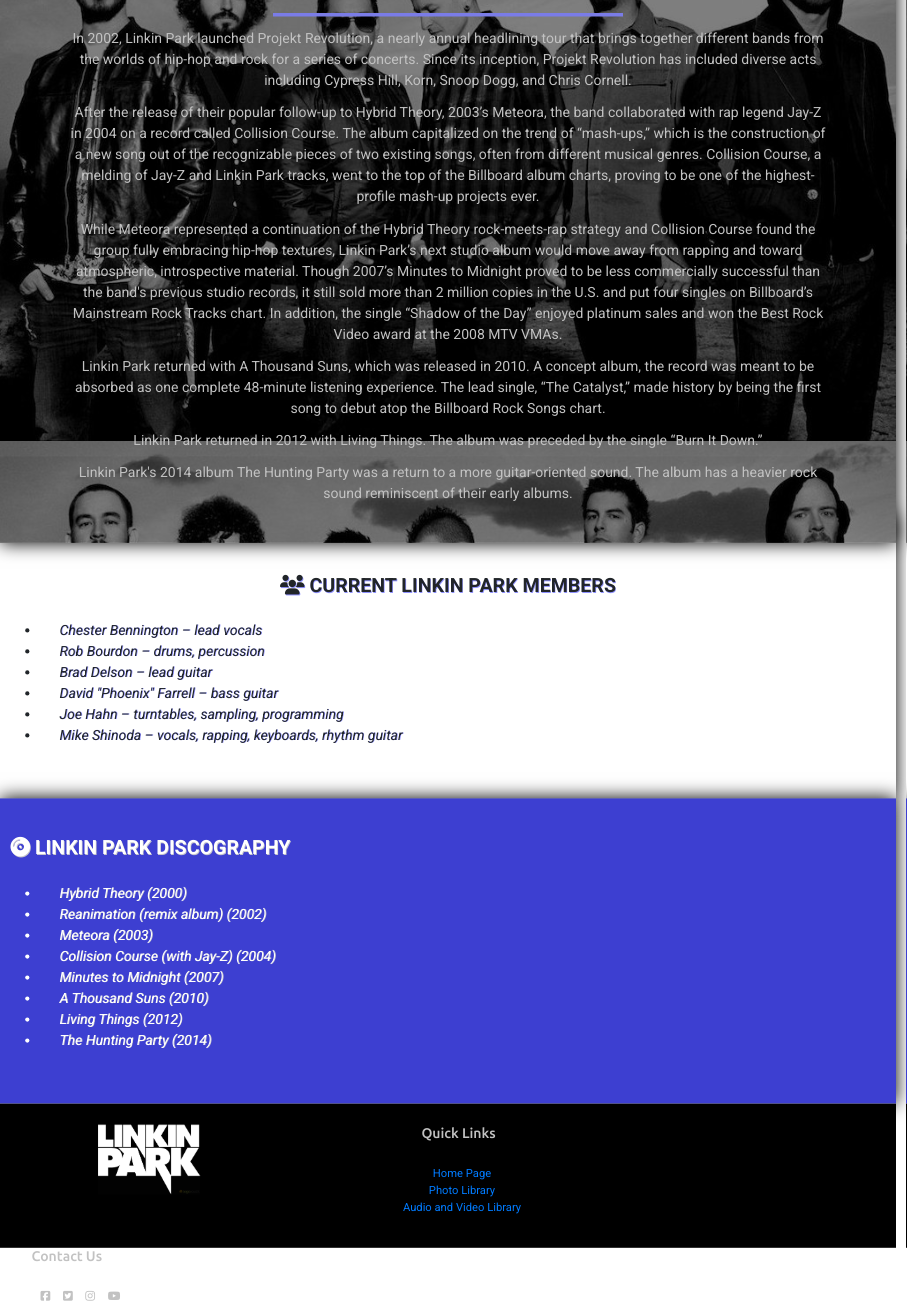
Repository: vaida898/website
Page: index.html
The author's editor kept a record of every edit. The page is drawn from the files as they stood at one moment, then again after the next edit.
The browser window is 1280 px wide. The page is 1295 px wide, so the pictures cover 1295 px, including what lies to the right of the window. The pictures show the part of the page from y = 1002 to 2882 px (the page is 2882 px tall), at 70% of full size.
Backgrounds fixed to the window are drawn as part of the page. Some web libraries are served in a nearby version.

Above is the page before.
Console error: TypeError: Cannot read properties of undefined (reading 'fn')

### index.html
<!DOCTYPE html>
<html lang="en">

<head>
    <meta charset="UTF-8">
    <meta name="viewport" content="width=device-width, initial-scale=1.0">
    <meta http-equiv="X-UA-Compatible" content="ie=edge">
    <title>LinkinPark website</title>

    <link rel="stylesheet" href="https://stackpath.bootstrapcdn.com/bootstrap/4.3.1/css/bootstrap.min.css" integrity="sha384-ggOyR0iXCbMQv3Xipma34MD+dH/1fQ784/j6cY/iJTQUOhcWr7x9JvoRxT2MZw1T" crossorigin="anonymous">
    <script src="https://kit.fontawesome.com/642fee131a.js" crossorigin="anonymous"></script>
    <script src="https://stackpath.bootstrapcdn.com/bootstrap/4.3.1/js/bootstrap.min.js" integrity="sha384-JjSmVgyd0p3pXB1rRibZUAYoIIy6OrQ6VrjIEaFf/nJGzIxFDsf4x0xIM+B07jRM" crossorigin="anonymous"></script>
    <link rel="stylesheet" href="https://cdnjs.cloudflare.com/ajax/libs/hover.css/2.3.1/css/hover-min.css" type="text/css" />
    <!-- Google font "Ubuntu" -->

    <link href="https://fonts.googleapis.com/css?family=Ubuntu:300,400,500,600,700&display=swap" rel="stylesheet">
    <link href="https://fonts.googleapis.com/css?family=Roboto:400,400i,500,500i,700,700i,900,900i&display=swap" rel="stylesheet">
    <link rel="stylesheet" href="css/style.css" type="text/css" />

</head>

<body>

    <!-- Navigation bar -->

    <header>
        <div class="container-fluid navalert-container">
            <nav class="navbar navbar-light navbar-expand-sm" style="background-color: #3D3FD1">
                <a target="_blank" href="index.html">
                    <i class="brand">LinkinPark</i>
                </a>
                <button class="navbar-toggler ml-auto" type="button" data-toggle="collapse" data-target="#navbarNavDropdown" aria-controls="navbarNavDropdown" aria-expanded="false" aria-label="Toggle navigation">
        <span class="navbar-toggler-icon"></span></button>

                <div id="navbarNavDropdown" class="collapse navbar-collapse">
                    <ul class="navbar-nav mr-auto">
                        <li class="nav-item mr-2 hvr-glow"><a class="nav-link" href="/">Home</a></li>
                        <li class="nav-item mr-2 hvr-glow"><a class="nav-link" href="/Photo library">Photo library</a></li>
                        <li class="nav-item mr-2 hvr-glow"><a class="nav-link" href="/Audio and Video library">Audio and Video library</a></li>
                        <li class="nav-item mr-2 hvr-glow"><a class="nav-link" href="/Contact Us">Contact Us</a></li>
                    </ul>
                </div>
            </nav>
        </div>
    </header>

    <!-- Band's history section -->

    <div class="container-fluid history-container">
        <div class="opaque-overlay">&nbsp;</div>
        <section class="about us">
            <div class="row no-gutters">
                <div class="col-sm-12 col-lg-12 page-header">
                    <h1 class="text-uppercase jumbotron-header page-header offset-1 offset-sm-0">Glorious way up to olympus</h1>
                    <hr class="block-divider">
                </div>
            </div>
            <div class="row no-gutters ">
                <div class="col-12 offset-1 offset-sm-0">
                    <p class="jumbotron-text">The seeds of what would become the rap-rock sensation Linkin Park were sown in Southern California in 1996 when three high school friends—drummer Rob Bourdon, guitarist Brad Delson, and vocalist Mike Shinoda—decided to form a band.
                        Soon after graduation, they completed their lineup by recruiting three more members: bassist Dave Farrell, turntablist Joe Hahn, and temporary lead singer Mark Wakefield. Calling themselves first SuperXero and then simply Xero,
                        the group began recording demos but failed to garner much interest in their songs.</p>
                </div>
            </div>


            <div class="row no-gutters">
                <div class="col-12 offset-1 offset-sm-0">
                    <h3 class="text-uppercase jumbotron-paragraph page-header offset-1 offset-sm-0">Pre-history of a band's name</h3>
                    <hr class="block-divider">
                    <p class="jumbotron-text">Xero’s lack of success spurred the departure of Wakefield, setting the stage for Chester Bennington’s arrival as the band’s frontman in 1999. The group changed its name to Hybrid Theory (a nod to the band’s hybrid sound that combined
                        rock and rap), but after facing legal issues with another act with a similar moniker, the group chose Lincoln Park, in honor of a neighborhood park in Santa Monica, California, that the band members passed on their way to recording
                        sessions. But once the band discovered that others already owned that domain name online, they slightly altered their name to Linkin Park.</p>
                </div>
            </div>

            <div class="row no-gutters">
                <div class="col-12 offset-1 offset-sm-0">
                    <h3 class="text-uppercase jumbotron-paragraph page-header offset-1 offset-sm-0">First Album success</h3>
                    <hr class="block-divider">
                    <p class="jumbotron-text">Linkin Park released its first album in 2000. Hybrid Theory, a reference to the group’s rejected band name, was a massive success, becoming one of the biggest debuts of all time, selling about 10 million copies in the U.S. alone and
                        spawning several hit singles like “In the End” and “Crawling.” In the process, the band became one of the most successful acts in the fledgling rap-rock movement.</p>
                </div>
            </div>

            <div class="row no-gutters">
                <div class="col-12 offset-1 offset-sm-0">
                    <h3 class="text-uppercase jumbotron-paragraph page-header offset-1 offset-sm-0">Successful albums lineout</h3>
                    <hr class="block-divider">
                    <p class="jumbotron-text">In 2002, Linkin Park launched Projekt Revolution, a nearly annual headlining tour that brings together different bands from the worlds of hip-hop and rock for a series of concerts. Since its inception, Projekt Revolution has included
                        diverse acts including Cypress Hill, Korn, Snoop Dogg, and Chris Cornell.</p>

                    <p class="jumbotron-text">After the release of their popular follow-up to Hybrid Theory, 2003’s Meteora, the band collaborated with rap legend Jay-Z in 2004 on a record called Collision Course. The album capitalized on the trend of “mash-ups,” which is the
                        construction of a new song out of the recognizable pieces of two existing songs, often from different musical genres. Collision Course, a melding of Jay-Z and Linkin Park tracks, went to the top of the Billboard album charts, proving
                        to be one of the highest-profile mash-up projects ever.</p>

                    <p class="jumbotron-text">While Meteora represented a continuation of the Hybrid Theory rock-meets-rap strategy and Collision Course found the group fully embracing hip-hop textures, Linkin Park’s next studio album would move away from rapping and toward atmospheric,
                        introspective material. Though 2007’s Minutes to Midnight proved to be less commercially successful than the band's previous studio records, it still sold more than 2 million copies in the U.S. and put four singles on Billboard’s
                        Mainstream Rock Tracks chart. In addition, the single “Shadow of the Day” enjoyed platinum sales and won the Best Rock Video award at the 2008 MTV VMAs.</p>

                    <p class="jumbotron-text">Linkin Park returned with A Thousand Suns, which was released in 2010. A concept album, the record was meant to be absorbed as one complete 48-minute listening experience. The lead single, “The Catalyst,” made history by being the
                        first song to debut atop the Billboard Rock Songs chart.</p>

                    <p class="jumbotron-text">Linkin Park returned in 2012 with Living Things. The album was preceded by the single “Burn It Down.”</p>

                    <p class="jumbotron-text">Linkin Park's 2014 album The Hunting Party was a return to a more guitar-oriented sound. The album has a heavier rock sound reminiscent of their early albums.</p>
                </div>
            </div>
        </section>
    </div>
    </div>
    </div>


    <!-- Members -->

    <div class="container-wrapper">
        <div class="container-fluid members-container">
            <section class="band-members">
                <div class="row">
                    <div class="col-12 my-4">
                        <h3 class="text-uppercase text-center members-header"><i class="fas fa-users d-none d-sm-inline"></i> Current Linkin Park members</h3>
                    </div>
                </div>
                <div class="row">
                    <div class="col-12">
                        <ul class="members-list">
                            <li class="members-list-item">Chester Bennington – lead vocals</li>
                            <li class="members-list-item">Rob Bourdon – drums, percussion</li>
                            <li class="members-list-item">Brad Delson – lead guitar</li>
                            <li class="members-list-item">David "Phoenix" Farrell – bass guitar</li>
                            <li class="members-list-item">Joe Hahn – turntables, sampling, programming</li>
                            <li class="members-list-item">Mike Shinoda – vocals, rapping, keyboards, rhythm guitar</li>
                        </ul>
                    </div>
                </div>
            </section>
        </div>
    </div>


    <!--Discography -->

    <div class="container-wrapper container-wrapper--blue">
        <div class="container-fluid discography-container">
            <section class="band-discography">
                <div class="row">
                    <div class="col-12 col-md-12 my-4">
                        <h3 class="text-uppercase text-left discs-header"><i class="fas fa-compact-disc d-none d-sm-inline"></i> Linkin Park discography</h3>
                    </div>
                </div>
                <div class="row">
                    <div class="col-12 col-md-12">
                        <ul class="discs-list">
                            <li class="discs-list-item">Hybrid Theory (2000)</li>
                            <li class="discs-list-item">Reanimation (remix album) (2002)</li>
                            <li class="discs-list-item">Meteora (2003)</li>
                            <li class="discs-list-item">Collision Course (with Jay-Z) (2004)</li>
                            <li class="discs-list-item">Minutes to Midnight (2007)</li>
                            <li class="discs-list-item">A Thousand Suns (2010)</li>
                            <li class="discs-list-item">Living Things (2012)</li>
                            <li class="discs-list-item">The Hunting Party (2014)</li>
                        </ul>
                    </div>
                </div>
            </section>
        </div>
    </div>


    <!--Footer-->


    <footer id="footer">
        <div class="main-footer text-center">
            <div class="row">
                <div class="col-md-4">
                    <a class="footer-logo" href="#"><img src="./images/linkinpark.jpg" alt="logo"></img></a>
                </div>
                <div class="col-md-4">
                    <h5 class="quick-links">Quick Links<span></span></h5>
                    <ul class="menu-link">
                        <li>
                            <div class="menu-link-item"><a href="#.">Home Page</a></div>
                        </li>
                        <li>
                            <div class="menu-link-item"><a href="#.">Photo Library</a></div>
                        </li>
                        <li>
                            <div class="menu-link-item"><a href="#.">Audio and Video Library</a></div>
                        </li>
                    </ul>
                </div>
            </div>
        </div>
        <div class="col-md-4">
            <h5 class="contact">Contact Us<span></span></h5>
            <ul class="social-links">
                <li class="list-inline-item">
                    <a target="_blank" href="#">
                                <i class="fab fa-facebook-square" aria-hidden="true">
                                     <span class="sr-only">Facebook</span>
                                </i>
                        </a>
                </li>
                <li class="list-inline-item">
                    <a target="_blank" href="#">
                            <i class="fab fa-twitter-square" aria-hidden="true">
                                <span class="sr-only">Twitter</span>
                            </i>
                        </a>
                </li>
                <li class="list-inline-item">
                    <a target="_blank" href="#">
                            <i class="fab fa-instagram" aria-hidden="true">
                                <span class="sr-only">Instagram</span>
                            </i>
                        </a>
                </li>
                <li class="list-inline-item">
                    <a target="_blank" href="#">
                            <i class="fab fa-youtube" aria-hidden="true">
                                <span class="sr-only">Youtube</span>
                            </i>
                        </a>
                </li>
            </ul>
        </div>
        </div>
        </div>
    </footer>

    <!-- <footer class="container-fluid">
        <div id="footer-details" class="row">
            <div class="col-sm-4">
                <h5 class="sub-style">Logo</h5>
            </div>
            <div class="col-sm-4">
                <h5 class="sub-style">Social</h5>
                <ul class="list-inline social-links">
                    <li class="list-inline-item">
                        <a target="_blank" href="#">
                                <i class="fab fa-facebook-square" aria-hidden="true">
                                     <span class="sr-only">Facebook</span>
                                </i>
                        </a>
                    </li>
                    <li class="list-inline-item">
                        <a target="_blank" href="#">
                            <i class="fab fa-twitter-square" aria-hidden="true">
                                <span class="sr-only">Twitter</span>
                            </i>
                        </a>
                    </li>
                    <li class="list-inline-item">
                        <a target="_blank" href="#">
                            <i class="fab fa-instagram" aria-hidden="true">
                                <span class="sr-only">Instagram</span>
                            </i>
                        </a>
                    </li>
                    <li class="list-inline-item">
                        <a target="_blank" href="#">
                            <i class="fab fa-youtube" aria-hidden="true">
                                <span class="sr-only">Youtube</span>
                            </i>
                        </a>
                    </li>
                </ul>
            </div>
            <div class="col-sm-4">
                <h5 class="sub-style">Contact Us</h5>
            </div>
        </div>
    </footer> -->

    <script src="https://code.jquery.com/jquery-3.3.1.slim.min.js" integrity="sha384-q8i/X+965DzO0rT7abK41JStQIAqVgRVzpbzo5smXKp4YfRvH+8abtTE1Pi6jizo" crossorigin="anonymous"></script>
    <script src="https://cdnjs.cloudflare.com/ajax/libs/popper.js/1.14.7/umd/popper.min.js" integrity="sha384-UO2eT0CpHqdSJQ6hJty5KVphtPhzWj9WO1clHTMGa3JDZwrnQq4sF86dIHNDz0W1" crossorigin="anonymous"></script>
    <script src="https://stackpath.bootstrapcdn.com/bootstrap/4.3.1/js/bootstrap.min.js" integrity="sha384-JjSmVgyd0p3pXB1rRibZUAYoIIy6OrQ6VrjIEaFf/nJGzIxFDsf4x0xIM+B07jRM" crossorigin="anonymous"></script>

</body>

</html>

### css/style.css
body {
    font-family: 'Ubuntu', sans-serif;
    font-family: 'Roboto', sans-serif;
}

/* Navbar -----------------------------------*/

.navalert-container {
    position: fixed;
    top: 0;
    left: 0;
    padding-left: 0;
    padding-right: 0;
    z-index: 1;
}

.navbar {
    margin-bottom: 0;
    border: 0;
    width: 100%;
    background-color: rgba(0, 0, 0, 0.25);
    box-shadow: 0 0 25px 0 black;
}

.brand {
    font-weight: bold;
    text-decoration: none;
    color: black;
    font-size: 30px;
    padding-right: 50px;
}

.navbar-inner {
    background: transparent;
}

/* Page header ----------------------*/

.page-header {
    margin-top: 30px;
    margin-bottom: 0;
    border-bottom: 0;
    text-align: center;
}



/* Band's history ----------------------*/

.history-container {
    background: url(../images/background.jpg) no-repeat center center fixed;
    background-size: cover;
    -webkit-background-size: cover;
    -moz-background-size: cover;
    -o-background-size: cover;

    top: 40px;
    display: flex;
    align-items: center;
    justify-content: center;
    text-align: center;
    padding-left: 100px;
    padding-right: 100px;
    padding-bottom: 40px;

    position: relative;
    box-shadow: 0 0 25px 0 black
}

.opaque-overlay {
    position: absolute;
    width: 100%;
    height: 100%;
    top: 0;
    left: 0;
    background-color: rgba(0, 0, 0, 0.5);
}



/* Block-divider ---------------------------*/

.block-divider {
    width: 500px;
    height: 5px;
    border: 0;
    background-color: #7A7CE7;
}



/* Members container---------------------*/

.members-header {
    margin-top: 0;
    text-decoration: none;
    font-family: 'Roboto', sans-serif;
    font-weight: 600;
    text-shadow: 1px 1px #9193FF;
}

.members-container {
    padding-top: 60px;
    padding-bottom: 60px;
    box-shadow: 0 0 25px 0 black;
    width: 100%;
    border: 0;
}

ul .members-list {
    text-align: left;
    list-style-position: inside;
    vertical-align: middle;
    list-style-type: disc;
}

.members-list {
    font-size: 20px;
    font-family: 'Roboto', sans-serif;
    font-weight: 400;
    font-style: italic;
    text-shadow: 1px 1px #9193FF;
}

.members-list li:before {
    content: "";
    margin-left: 30px;
}


/* Discogrpahy container -------------------*/

.container-wrapper--blue {
    background-color: #3D3FD1;
    color: black;
}

.discs-header {
    text-decoration: none;
    color: white;
    font-family: 'Roboto', sans-serif;
    font-weight: 600;
    text-shadow: 1px 1px #C5C5CC;
}


.discography-container {
    padding-top: 30px;
    padding-bottom: 60px;
    box-shadow: 0 0 25px 0 black;
    width: 100%;
    border: 0;
}

ul .discs-list {
    text-align: right;
    list-style-position: inside;
    vertical-align: middle;
    list-style-type: square;
}

.discs-list {
    font-size: 20px;
    color: white;
    font-family: 'Roboto', sans-serif;
    font-weight: 400;
    font-style: italic;
    text-shadow: 1px 1px #C5C5CC;
}

.discs-list li:before {
    content: "";
    margin-left: 30px;
}


/* Jumbotron -------------------------------*/

.jumbotron-header {
    color: white;
    font-weight: bold;
    margin-top: 30px;
    margin-bottom: 30px;
}

.jumbotron-paragraph {
    color: white;
    font-weight: bold;
    margin-top: 30px;
    margin-bottom: 30px;
}

.jumbotron-text {
    color: #C2C2C2;
    font-size: 20px;
}

/* Footer ------------------------------*/

#footer .main-footer {
    padding: 30px 0;
    background-color: black;
}

.footer-logo {
    width: 32px;
    height: 32px;
    margin-left: 20px;
    padding: 0;
    background-color: black;
}

.quick-links {
    font-family: "Ubuntu", sans-serif;
    font-weight: 500;
    min-height: 50px;
    color: #C2C2C2;
    margin-left: 30px;
}

ul.menu-link li {
    list-style-type: none !important;
}

.contact {
    font-family: "Ubuntu", sans-serif;
    font-weight: 500;
    min-height: 50px;
    color: #C2C2C2;
    margin-left: 30px;
}

.social-links li a i {
    margin: 3px;
    color: #C2C2C2;
    transition: all 0.35s ease-in-out;
    -moz-transition: all 0.35s ease-in-out;
    -webkit-transition: all 0.35s ease-in-out;
    -o-transition: all 0.35s ease-in-out;
}

.social-links li a i:hover {
    color: #3D3FD1;
}

#footer-details {
    padding: 20px;
}

After the next edit:
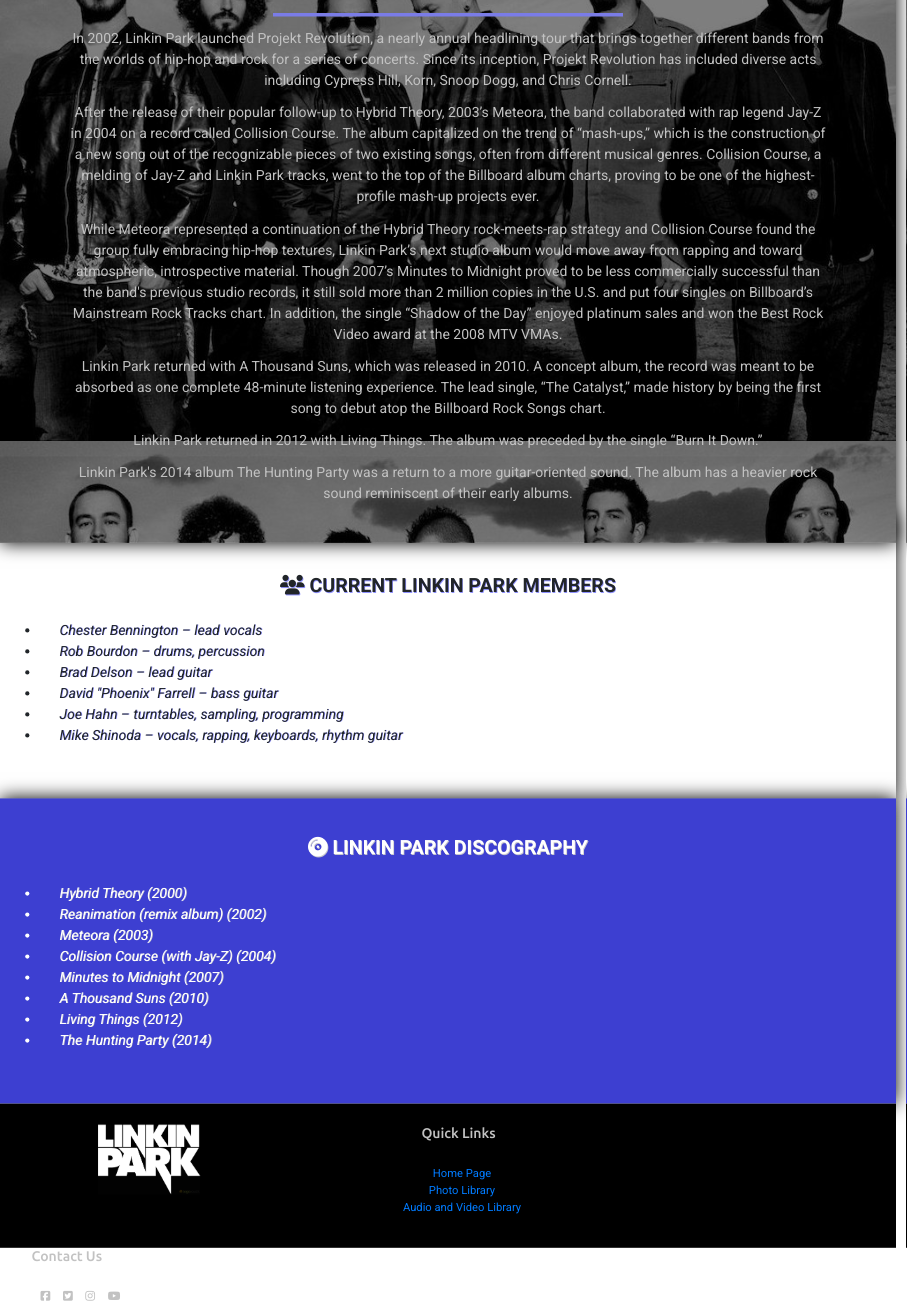
The edit:
--- a/index.html
+++ b/index.html
@@ -145,8 +145,8 @@
         <div class="container-fluid discography-container">
             <section class="band-discography">
                 <div class="row">
-                    <div class="col-12 col-md-12 my-4">
-                        <h3 class="text-uppercase text-left discs-header"><i class="fas fa-compact-disc d-none d-sm-inline"></i> Linkin Park discography</h3>
+                    <div class="col-12 col-md-12 col-sm-12 my-4">
+                        <h3 class="text-uppercase text-center discs-header"><i class="fas fa-compact-disc d-none d-sm-inline"></i> Linkin Park discography</h3>
                     </div>
                 </div>
                 <div class="row">
